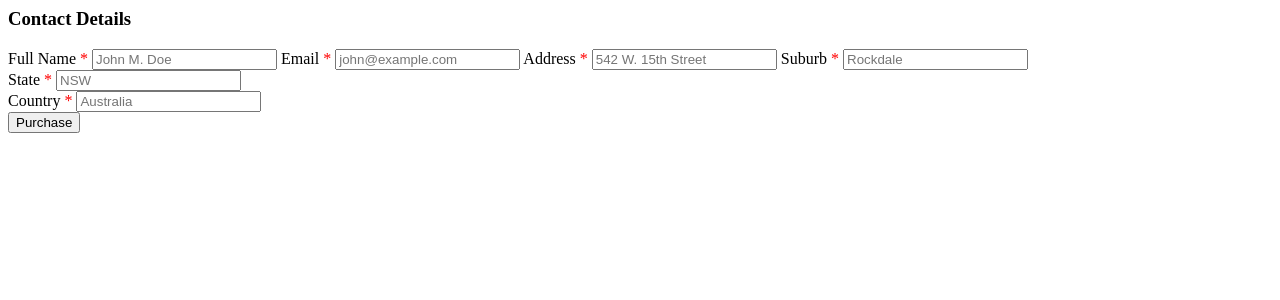
Repository: WangboXia/Programming-on-the-Internet-Assignment1
Page: http://localhost/php/checkoutform.php
The author's editor kept a record of every edit. The page is drawn from the files as they stood at one moment, then again after the next edit.
The browser window is 1280 px wide. The pictures show the whole page.
The page is run by PHP 8.4 with error messages shown; the project is at /var/www/html/.

Above is the page before.

### php/checkoutform.php
<script src="https://ajax.googleapis.com/ajax/libs/jquery/3.4.1/jquery.min.js"></script>

<div class="row">
  <div class="col-75">
    <div class="container">
      <form action="send-email.php" method="post">

        <div class="row">
          <div class="col-50">
            <h3>Contact Details</h3>
            <label for="fname"><i class="fa fa-user"></i>Full Name<span style="color:red">
*
</span></label>
            <input type="text" id="fname" name="firstname" placeholder="John M. Doe"  required >
            <label for="email"><i class="fa fa-envelope"></i> Email <span style="color:red">
*
</span></label>
            <label id="validate_email_message" style="color:red"></label>
            <input type="text" id="email" name="email" placeholder="john@example.com" onblur="validate()" required>
            <label for="adr"><i class="fa fa-address-card-o"></i> Address <span style="color:red">
*
</span></label>
            <input type="text" id="adr" name="address" placeholder="542 W. 15th Street" required>
            <label for="city"><i class="fa fa-institution"></i> Suburb <span style="color:red">
*
</span></label>
            <input type="text" id="city" name="city" placeholder="Rockdale" required>

            <div class="row">
              <div class="col-50">
                <label for="state">State <span style="color:red">
*
</span></label>
                <input type="text" id="state" name="state" placeholder="NSW" required>
              </div>
              <div class="col-50">
                <label for="country">Country <span style="color:red">
*
</span></label>
                <input type="text" id="country" name="country" placeholder="Australia" required>
              </div>
            </div>
          </div>

        </div>

        <input type="submit" value="Purchase" class="btn">
      </form>
    </div>
  </div>

</div>

<script type="text/javascript">

  $(document).ready(function(){
    function validateEmail(email) {
    var re = /^(([^<>()[\]\\.,;:\s@\"]+(\.[^<>()[\]\\.,;:\s@\"]+)*)|(\".+\"))@((\[[0-9]{1,3}\.[0-9]{1,3}\.[0-9]{1,3}\.[0-9]{1,3}\])|(([a-zA-Z\-0-9]+\.)+[a-zA-Z]{2,}))$/;
    return re.test(email);
  }

    $("#email").blur(function(){
      var $result = $("#validate_email_message");
      var email = $("#email").val();
      $result.text("");
      $result.hide();

    if (validateEmail(email)) {
      $result.hide();
    } else {
      $result.show();
      $result.text(email + " is not valid :(");
      $result.css("color", "red");
    }

    });
});

</script>

After the next edit:
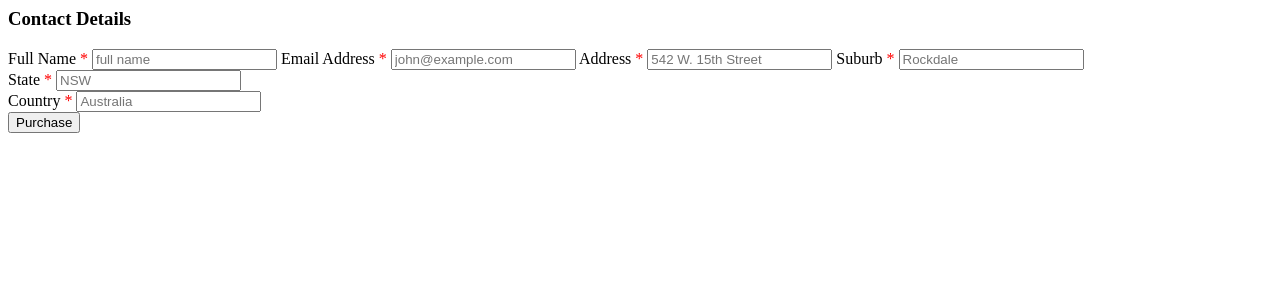
The edit:
--- a/php/checkoutform.php
+++ b/php/checkoutform.php
@@ -11,8 +11,8 @@
             <label for="fname"><i class="fa fa-user"></i>Full Name<span style="color:red">
 *
 </span></label>
-            <input type="text" id="fname" name="firstname" placeholder="John M. Doe"  required >
-            <label for="email"><i class="fa fa-envelope"></i> Email <span style="color:red">
+            <input type="text" id="fname" name="firstname" placeholder="full name"  required >
+            <label for="email"><i class="fa fa-envelope"></i> Email Address<span style="color:red">
 *
 </span></label>
             <label id="validate_email_message" style="color:red"></label>
